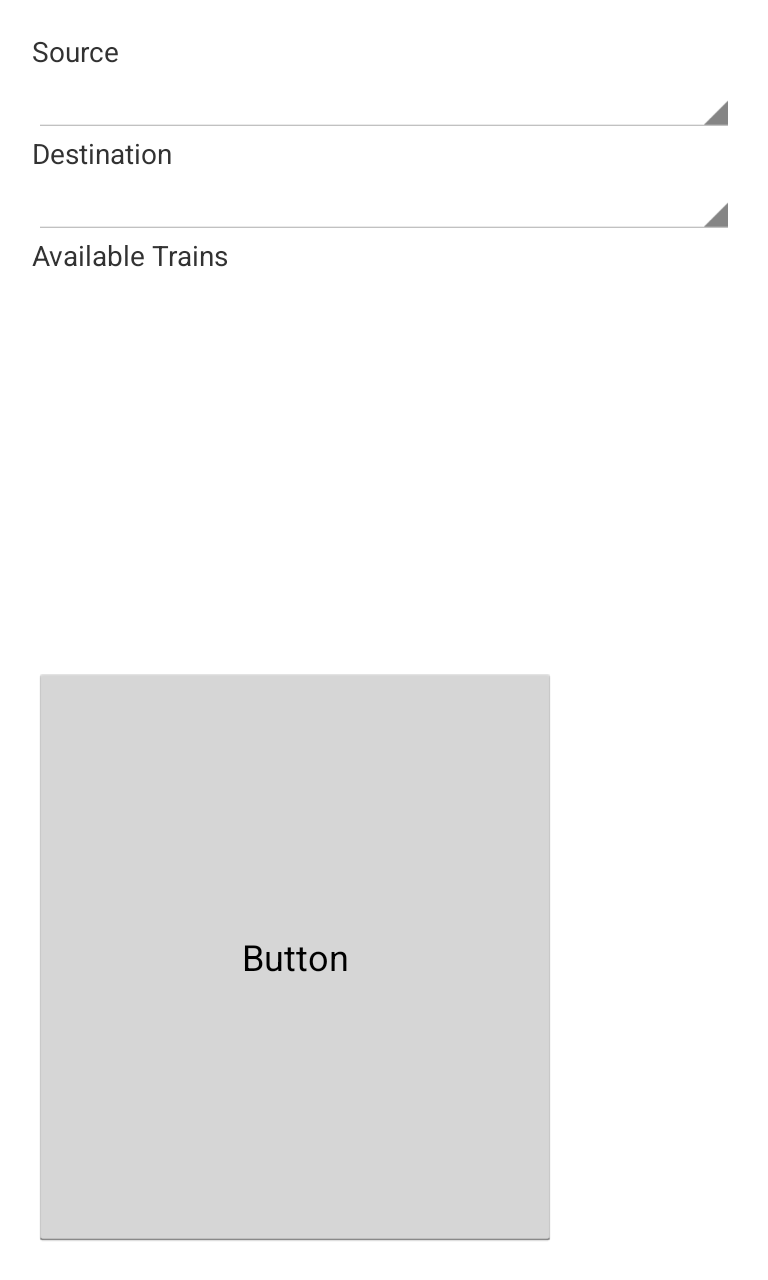
Repository: sunnypatel/Classwork
Layout: Senior Yr/Winter/cs275/assignment2/septa_assignment2/res/layout/activity_main.xml
An editor plug-in stored every save of this project. The layout is shown before and after the next save, followed by the edit.
It is drawn on a 768 x 1280 px phone screen (xhdpi) without system bars, with theme AppTheme; the app's code is not run. Lists and similar views that code fills are empty.

Above is the layout before, as saved 2014-03-06 00:51:57.

After the next save:
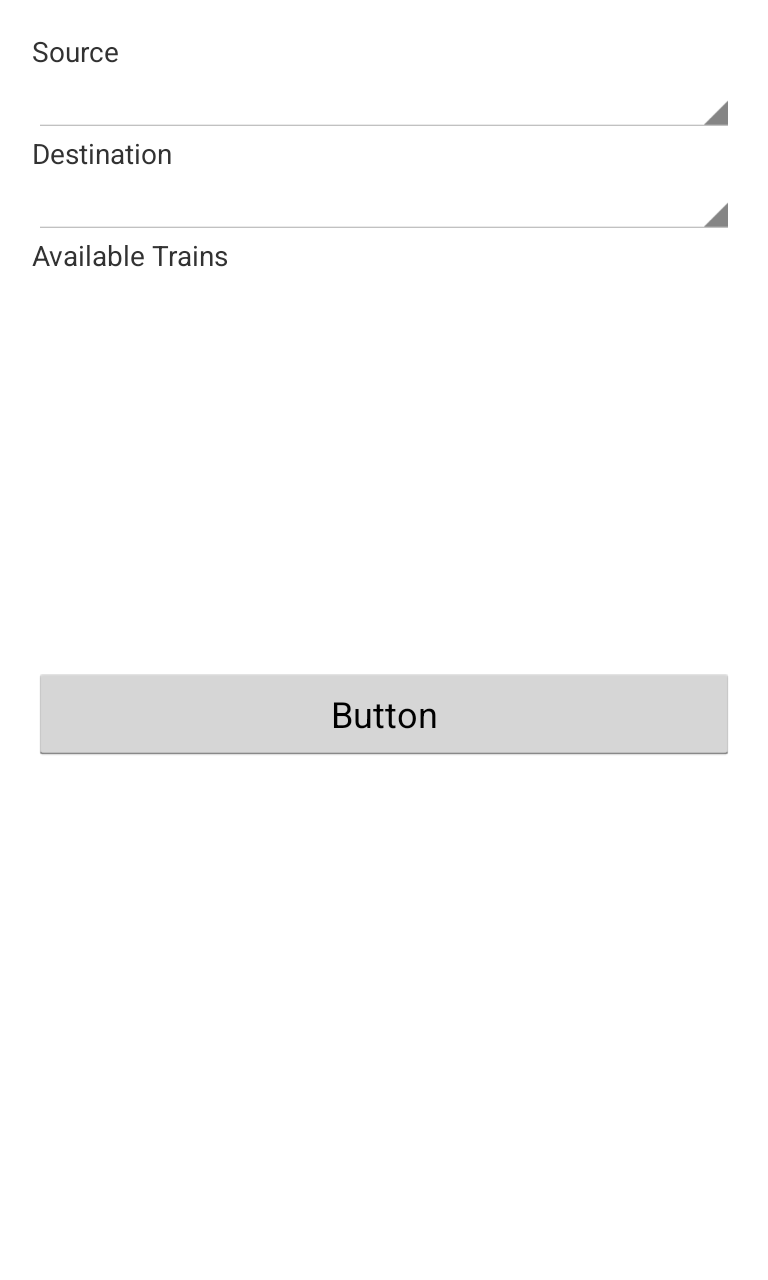
Saved 2 min 18 s later.
--- a/Senior Yr/Winter/cs275/assignment2/septa_assignment2/res/layout/activity_main.xml
+++ b/Senior Yr/Winter/cs275/assignment2/septa_assignment2/res/layout/activity_main.xml
@@ -59,11 +59,10 @@
 
         <Button
             android:id="@+id/button1"
-            android:layout_width="match_parent"
+            android:layout_width="fill_parent"
             android:layout_height="wrap_content"
-            android:layout_marginRight="89dp"
-            android:layout_weight="0.91"
             android:text="Button" />
+
     </LinearLayout>
 
 </RelativeLayout>
